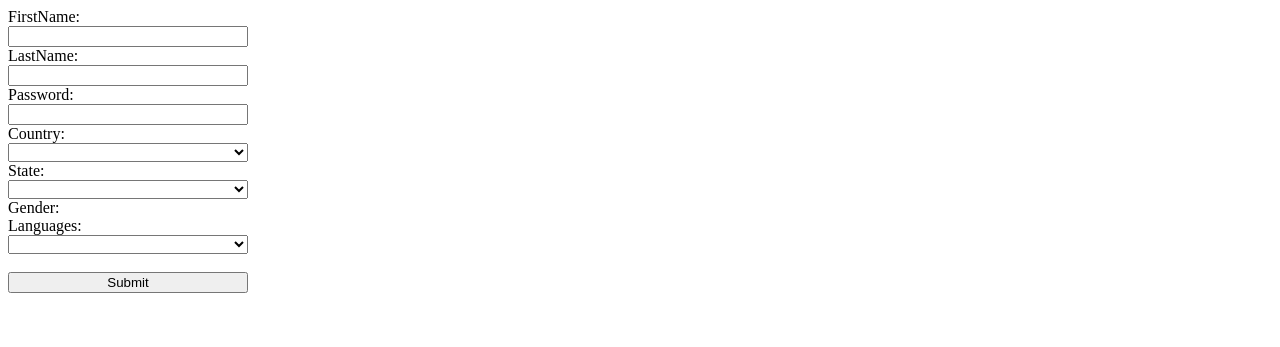
Repository: Vijay-aura/Wicket
Page: wicket-practice/src/main/java/com/form/InputFieldsPage.html
An editor plug-in stored every save of this project. The page is shown before and after the next save, followed by the edit.
The browser window is 1280 px wide. The pictures show the whole page.

Above is the page before, as saved 2024-03-05 06:58:22.

### wicket-practice/src/main/java/com/form/InputFieldsPage.html
<!DOCTYPE html>
<html xmlns="http://www.w3.org/1999/xhtml"
	xmlns:wicket=http://wicket.apache.org/dtds.data/wicket-xhtml1.4-strict.dtd>
<head>
<meta charset="ISO-8859-1">
<title>Insert title here</title>
<wicket:head>
	<style>
.form {
	display: flex;
	flex-direction: column;
	width:15rem;
}
</style>
</wicket:head>
</head>
<body>
	<form wicket:id="form" class="form">
		FirstName: <input type="text" wicket:id="firstName"> LastName:
		<input type="text" wicket:id="lastName">
		Password: <input type="password" wicket:id="password">
		Country: <select wicket:id="country"></select>
		State: <select wicket:id="state"></select>
		Gender: <span wicket:id="gender"></span>
		Languages: <select wicket:id="languages"></select>
		<br><button wicket:id="button">Submit</button>
	</form>
	<div wicket:id="detailsContainer">
		<span wicket:id="details"></span>
	</div>

</body>
</html>

After the next save:
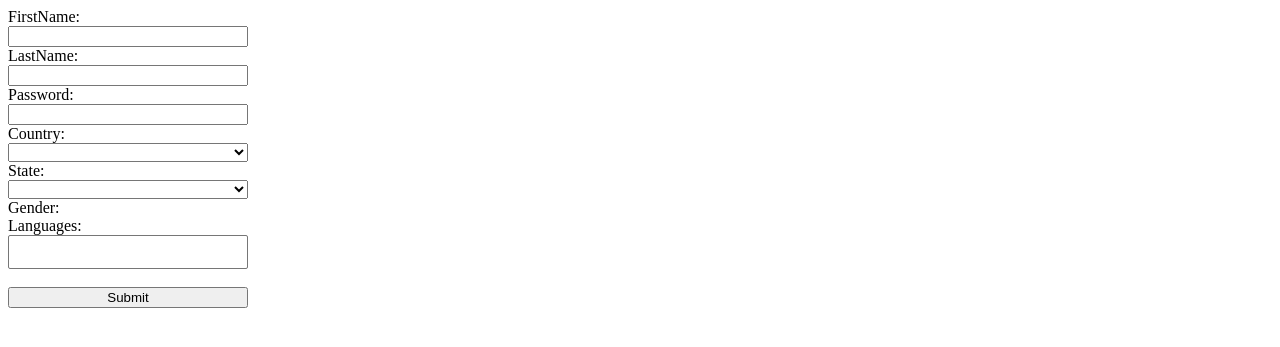
Saved 64 s later.
--- a/wicket-practice/src/main/java/com/form/InputFieldsPage.html
+++ b/wicket-practice/src/main/java/com/form/InputFieldsPage.html
@@ -22,7 +22,7 @@
 		Country: <select wicket:id="country"></select>
 		State: <select wicket:id="state"></select>
 		Gender: <span wicket:id="gender"></span>
-		Languages: <select wicket:id="languages"></select>
+		Languages: <select wicket:id="languages" size="2" multiple="multiple"></select>
 		<br><button wicket:id="button">Submit</button>
 	</form>
 	<div wicket:id="detailsContainer">
